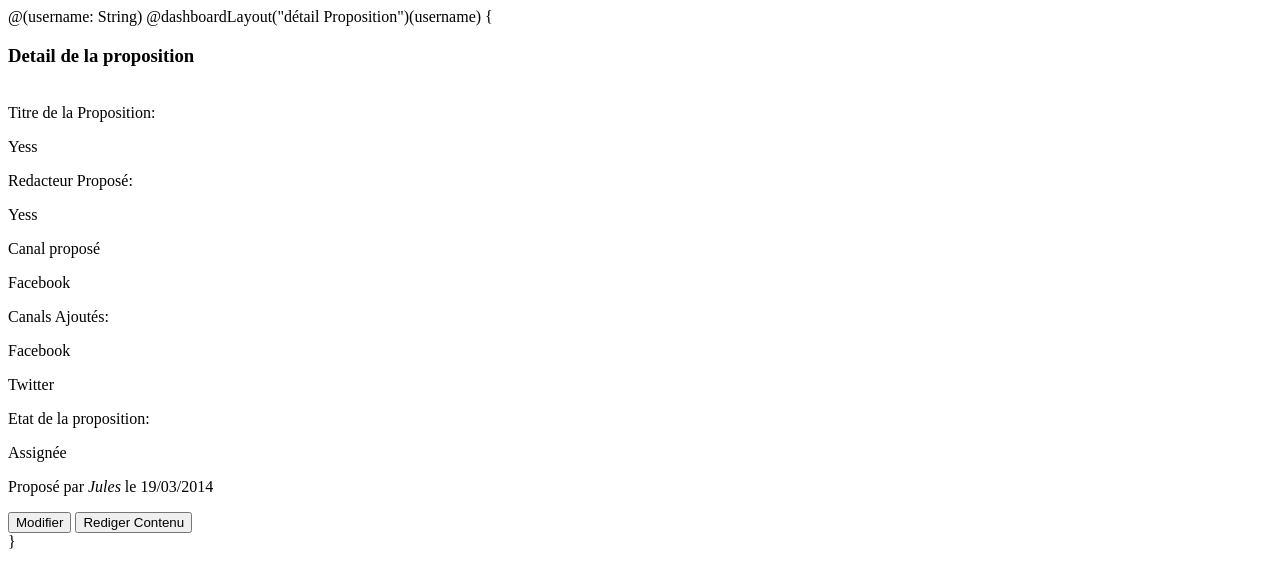
Repository: spirale-software/labo_master
Page: Application/oneDotCom/app/views/proposalDetail.scala.html
The author's editor kept a copy of each file at every save. The page is drawn from the files as they stood at one save, then again after the next save.
The browser window is 1280 px wide. The pictures show the whole page.

Above is the page before, as saved 2017-03-31 18:59:26.

After the next save:
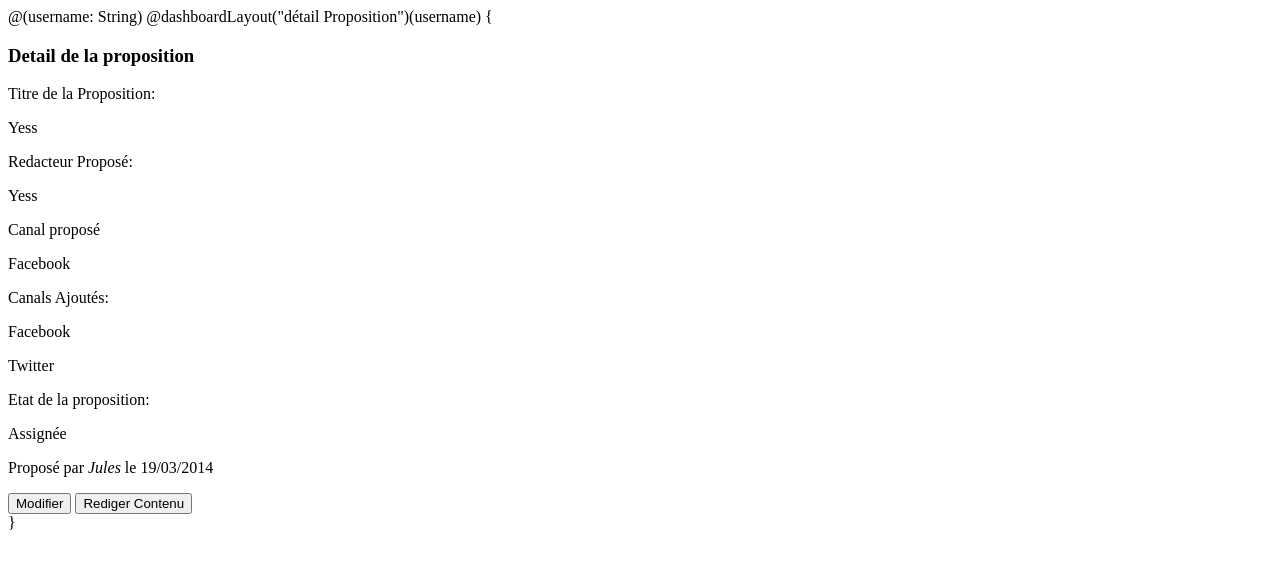
Saved 25 s later.
--- a/Application/oneDotCom/app/views/proposalDetail.scala.html
+++ b/Application/oneDotCom/app/views/proposalDetail.scala.html
@@ -8,7 +8,7 @@
                 </div>
                 <div class="panel-body">
                     <div class="panel panel-default">
-                        <div class="panel-body" style="padding-top: 3px; padding-bottom: 0px">
+                        <div class="panel-body">
                             <p class="col-lg-3 col-md-3 ">Titre de la Proposition: </p>
                             <p class="col-lg-9 col-md-9">Yess</p>
                         </div>
